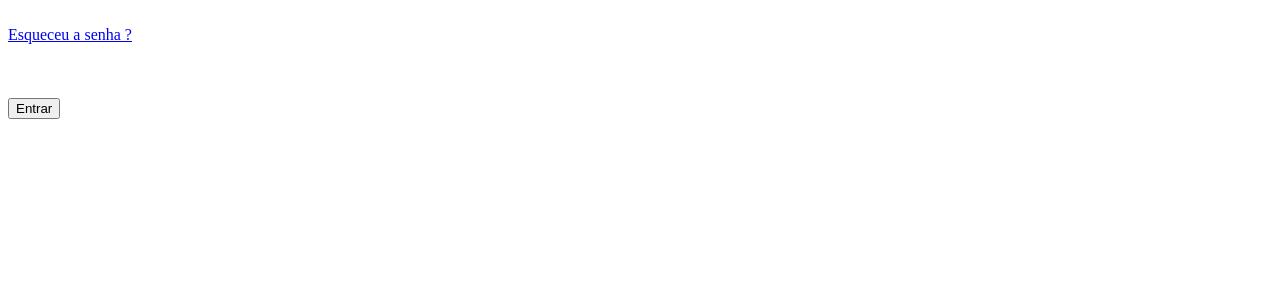
Repository: marceloms17/Health-track
Page: http://localhost/MMS_HealthTrack/ErrorUsuSenha.jsp
An editor plug-in stored every save of this project. The page is shown before and after the next save, followed by the edit.
The browser window is 1280 px wide. The pictures show the whole page.
The page is served by Tomcat 9.

Above is the page before, as saved 2017-11-15 23:00:48.

### MMS_HealthTrack/WebContent/ErrorUsuSenha.jsp
<%@ page language="java" contentType="text/html; charset=ISO-8859-1"
    pageEncoding="ISO-8859-1"%>
<!DOCTYPE html PUBLIC "-//W3C//DTD HTML 4.01 Transitional//EN" "http://www.w3.org/TR/html4/loose.dtd">
<html>
<head>
<meta http-equiv="Content-Type" content="text/html; charset=ISO-8859-1">
<title>Usuario ou senha incorretos</title>
</head>
<body>
	<form action="">
		<div>
			<br>
			 <a href="esqueciasenha.jsp" class="forgot-password">
			                Esqueceu a senha ? </br >
			 </a>
		 </div>
	 <br>
	 <br>
	 <br>
    <div>
	<a href="index.jsp"> <button class="btn btn-lg btn-primary btn-block btn-signin" type="submit">Entrar</button></a>
	</div>
	</form>
</body>
</html>

After the next save:
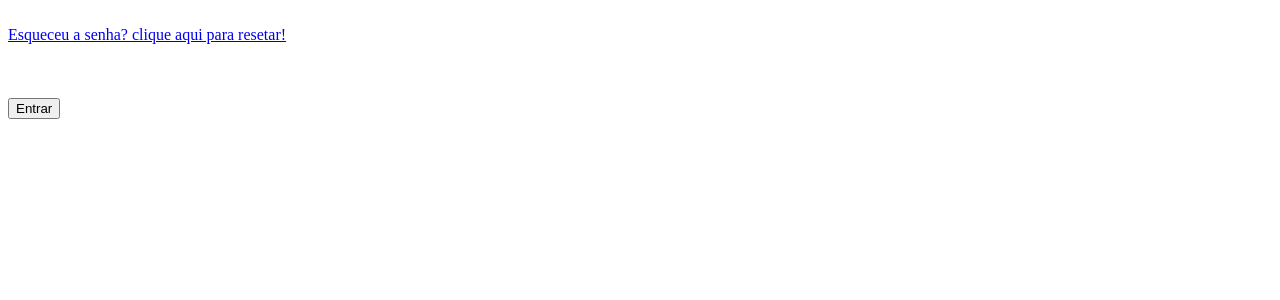
Saved 34 s later.
--- a/MMS_HealthTrack/WebContent/ErrorUsuSenha.jsp
+++ b/MMS_HealthTrack/WebContent/ErrorUsuSenha.jsp
@@ -11,7 +11,7 @@
 		<div>
 			<br>
 			 <a href="esqueciasenha.jsp" class="forgot-password">
-			                Esqueceu a senha ? </br >
+              Esqueceu a senha? clique aqui para resetar! </br >
 			 </a>
 		 </div>
 	 <br>
